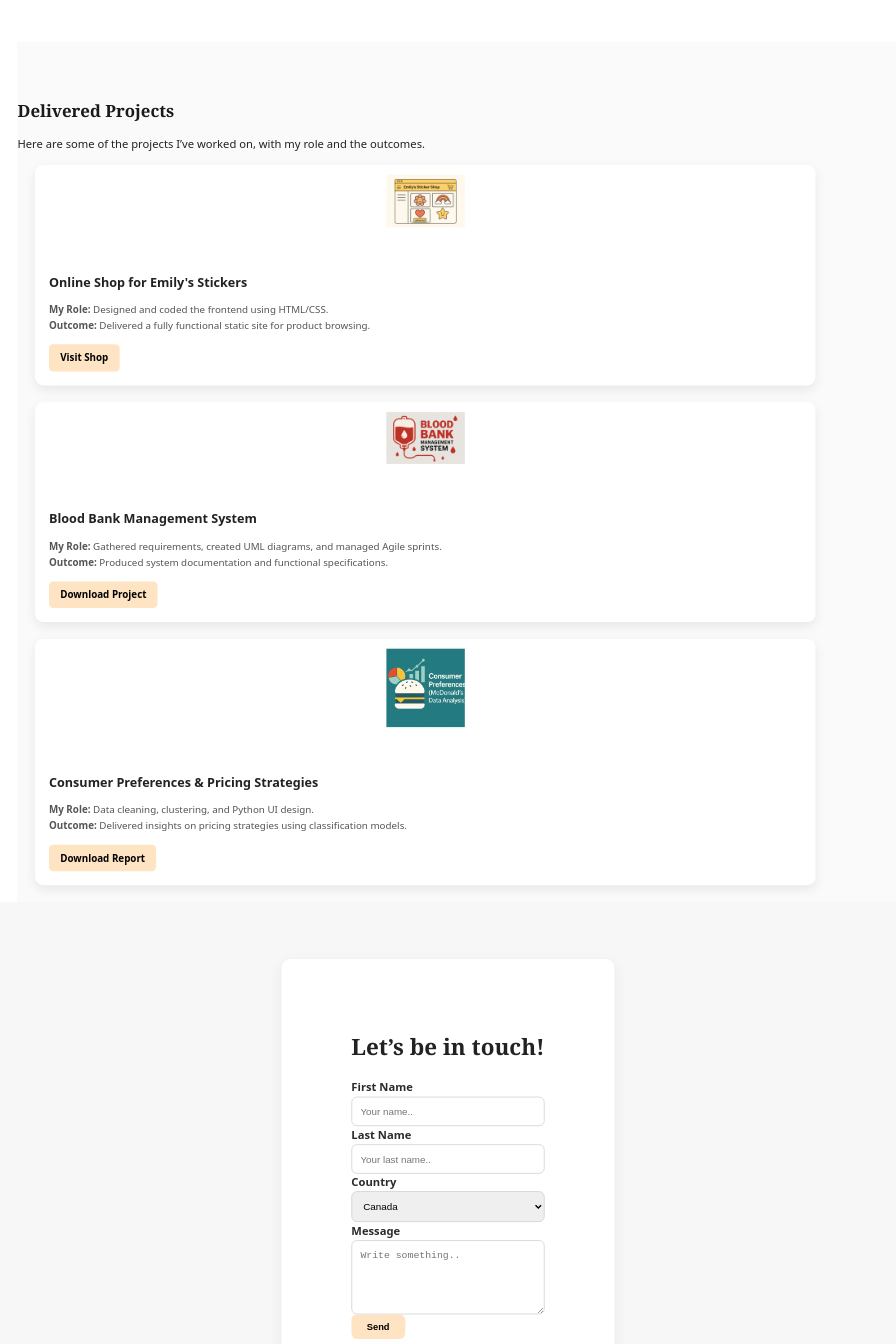
Repository: rozhinasaberi/MyPortfolio
Page: / (app in client/)
These files come from the project's save history. The page is drawn as it stood at one moment and after the next save; the edit follows.
The browser window is 1280 px wide. The pictures show the part of the page from y = 3214 to 5134 px (the page is 5308 px tall before and 5541 px after), at 70% of full size.
The project was rebuilt for these pictures with package versions that can differ from the ones it lists, and the page was loaded fresh each time.

Above is the page before, as saved 2025-09-17 06:07:14.

### client/index.html
<!doctype html>
<html lang="en">
  <head>
    <meta charset="UTF-8" />
    <link rel="icon" type="image/svg+xml" href="/vite.svg" />
    <meta name="viewport" content="width=device-width, initial-scale=1.0" />
    <title>Vite + React</title>
  </head>
  <body>
    <div id="root"></div>
    <script type="module" src="/src/main.jsx"></script>
    <script src="https://cdn.jsdelivr.net/npm/bootstrap@5.2.3/dist/js/bootstrap.bundle.min.js" crossorigin="anonymous"></script>

  </body>
</html>

### client/src/main.jsx
import React from "react";
import ReactDOM from "react-dom/client";
import App from "./App.jsx";
import "./midterm1.css"; // ✅ make sure CSS is loaded

ReactDOM.createRoot(document.getElementById("root")).render(
  <React.StrictMode>
    <App />
  </React.StrictMode>
);

### client/src/App.jsx
import React from "react";
import logo from "./assets/logo.png";
import photo from "./assets/photo.jpg";
import "./midterm1.css";
import shop from "./assets/shop.png";
import bloodbank from "./assets/bloodbank.png";
import price from "./assets/price.png";


export default function App() {
  return (
    <>
      {/* ===== Navbar ===== */}
      <header id="header" className="fixed-top">
        <nav className="navbar container">
          {/* Logo */}
          <a href="#home" className="navbar-brand d-flex align-items-center gap-2">
            <img src="src/assets/logo.png" alt="Rojina Logo" style={{ height: 40 }} />
            <span className="brand-text"></span>
          </a>

          <ul className="nav ms-auto">
            <li className="nav-item"><a className="nav-link" href="#home">Home</a></li>
            <li className="nav-item"><a className="nav-link" href="#about">About Me</a></li>
            <li className="nav-item"><a className="nav-link" href="#services">Services</a></li>
            <li className="nav-item"><a className="nav-link" href="#Project">Projects</a></li>
            <li className="nav-item"><a className="nav-link" href="#form">Contact</a></li>
          </ul>
        </nav>
      </header>

      {/* ===== Hero Section ===== */}
      <section id="home" className="home">
        <div className="container h-100">
          <div className="row h-100 hero-row">
            {/* Photo Left */}
            <div className="container">
    <h1>Welcome to My Portfolio</h1>
    <p className="lead">
      Hi, I’m <strong>Rojina Saberi</strong>. I want to contribute my abilities to a forward thinking firm that values innovation, cooperation, and growth.
    </p>
    <p className="mission"> My mission is to leverage technology to create impactful, efficient, and meaningful digital experiences.

    </p>
    <a href="#about" className="btn btn-visitpage">
      Learn More About Me
    </a>
  </div>
          </div>
        </div>
      </section>
      <section id="home" className="home-section text-center">

</section>

{/* ABOUT Section */}
<section id="about" className="aboutsection about-stack">
  <div className="container">
    <div className="about-stack-inner">
      {/* Photo TOP */}
      <img src="src/assets/photo.jpg" alt="Rojina" className="hero-photo" />

      {/* Name */}
      <h1 className="hero-title">Rojina Saberi</h1>

      {/* Short subtitle */}
      <p className="hero-subtitle">Software Developer and IT Analyst</p>

      {/* Socials */}
      <div className="list-social">
        <a href="#"><i className="bi bi-facebook"></i></a>
        <a href="#"><i className="bi bi-twitter"></i></a>
        <a href="https://www.linkedin.com/in/rojinasaberi/"><i className="bi bi-linkedin"></i></a>
      </div>
    </div>

    {/* About container below profile */}
    <div className="about-container">
      <h2>
      Detail-oriented and solution-driven IT expert with a solid background in technical support, system administration, and enterprise
technologies, as well as hands-on experience resolving user issues in fast-paced work environments. With a degree in information
technology from York University and hands-on expertise gained through a high-impact internship at Green Infrastructure
Partners, I provide a unique combination of academic knowledge and practical experience. I am an expert in Microsoft 365,
Active Directory, Intune, and network support, and I specialize at translating technical issues into clear, effective solutions for
customers. I am known for my flexibility, communication skills, and enthusiasm for continuous development, and I am dedicated
to improving operational efficiency and providing safe, efficient IT infrastructure.
      </h2>
      <p>
        Seeking opportunities to provide IT and administrative support for infrastructure,
        project management, or application teams.
      </p>
      <a href="src/assets/Rojina-Saberi.pdf (1).pdf" className="btn-visitpage">Resume</a>
    </div>
  </div>
</section>



      {/* ===== Skills Section ===== */}
      <section id="services" className="Servicesection">
        <div className="container text-center">
          <h4 className="h4-heading">Services</h4>
          <p className="p-heading">
            Skilled in Python, C, Java, JavaScript, HTML, CSS, and database management (MySQL).
            Experienced with VS Code, SQL Developer, Eclipse, and MDM tools.
          </p>

          <div className="row g-3">
            <div className="col-md-3"><div className="text-box"><h4>Technical Support & Helpdesk</h4><p>Friendly, fast resolution for laptops, apps, accounts, and onboarding.</p>
          <ul>
            <li>Ticket triage & remote assistance</li>
            <li>User onboarding & knowledge sharing</li>
          </ul></div></div>
            <div className="col-md-3"><div className="text-box"><h4>Systems & Administration</h4> <p>Keep org systems healthy and compliant across users and devices.</p>
          <ul>
            <li>Active Directory, M365, Intune</li>
            <li>Asset & mobile device management</li>
          </ul></div></div>
            <div className="col-md-3"><div className="text-box"><h4>Networking & Security</h4><p>Stable connectivity with strong identity, access, and endpoint protection.</p>
          <ul>
            <li>LAN/WAN, VLANs, VPN, Cisco switches</li>
            <li>MFA, DLP, endpoint protection</li>
          </ul></div></div>
            <div className="col-md-3"><div className="text-box"><h4>Data & Cloud </h4><p>Backups, BI, and cloud services to keep your data useful and safe.</p>
          <ul>
            <li>Azure/AWS/GCP basics, VMware</li>
            <li>Backups, security, and BI dashboards</li>
          </ul></div></div>
          <div className="col-md-3"><div className="text-box"><h4>Software Development</h4><p>From scripts to web apps with clean APIs and secure data access.</p>
          <ul>
            <li>Python, Java, JavaScript (React/Node)</li>
            <li>MySQL/Oracle/MongoDB, REST APIs</li>
          </ul></div></div>
          <div className="col-md-3"><div className="text-box"><h4>Networking & Security</h4><p>Stable connectivity with strong identity, access, and endpoint protection.</p>
          <ul>
            <li>LAN/WAN, VLANs, VPN, Cisco switches</li>
            <li>MFA, DLP, endpoint protection</li>
          </ul></div></div>
          <div className="col-md-3"><div className="text-box"><h4>Documentation & Process</h4><p>Clear docs and Agile habits so teams move quickly and consistently.</p>
          <ul>
            <li>Runbooks, SOPs, A/B fixes & retros</li>
            <li>JIRA, ServiceNow, Notion, MS Project</li>
          </ul></div></div>

          </div>
        </div>
      </section>

      {/* ===== Projects Section ===== */}
      <section id="projects" className="Projectsection">
  <div className="container">
    <h2 className="h2-heading">Delivered Projects</h2>
    <p className="p-heading">Here are some of the projects I’ve worked on, with my role and the outcomes.</p>

    <div className="row g-4">
      {/* Project 1 */}
      <div className="col-lg-4 col-md-6">
        <div className="card project-card">
          <img src={shop} className="card-img-top" alt="Sticker Shop" />
          <div className="card-body">
            <h5 className="card-title">Online Shop for Emily's Stickers</h5>
            <p className="card-text">
              <strong>My Role:</strong> Designed and coded the frontend using HTML/CSS.
              <br />
              <strong>Outcome:</strong> Delivered a fully functional static site for product browsing.
            </p>
            <a href="https://rozhinasaberi.github.io/ITEC3020a1/" className="btn btn-visitpage">Visit Shop</a>
          </div>
        </div>
      </div>

      {/* Project 2 */}
      <div className="col-lg-4 col-md-6">
        <div className="card project-card">
          <img src={bloodbank} className="card-img-top" alt="Blood Bank" />
          <div className="card-body">
            <h5 className="card-title">Blood Bank Management System</h5>
            <p className="card-text">
              <strong>My Role:</strong> Gathered requirements, created UML diagrams, and managed Agile sprints.
              <br />
              <strong>Outcome:</strong> Produced system documentation and functional specifications.
            </p>
            <a href="src/assets/Project_07_Full Plan_WomenInTech.docx.pdf" className="btn btn-visitpage">Download Project</a>
          </div>
        </div>
      </div>

      {/* Project 3 */}
      <div className="col-lg-4 col-md-6">
        <div className="card project-card">
          <img src={price} className="card-img-top" alt="McDonald's Data Analysis" />
          <div className="card-body">
            <h5 className="card-title">Consumer Preferences & Pricing Strategies</h5>
            <p className="card-text">
              <strong>My Role:</strong> Data cleaning, clustering, and Python UI design.
              <br />
              <strong>Outcome:</strong> Delivered insights on pricing strategies using classification models.
            </p>
            <a href="src/assets/ITEC 4230 Report.pdf" className="btn btn-visitpage">Download Report</a>
          </div>
        </div>
      </div>
    </div>
  </div>
</section>


      {/* ===== Contact Section ===== */}
      <section id="form">
        <div className="container">
          <h2 className="text-center mb-4">Let’s be in touch!</h2>
          <form onSubmit={(e) => e.preventDefault()} className="mx-auto" style={{ maxWidth: 720 }}>
            <div className="mb-3">
              <label htmlFor="fname" className="form-label">First Name</label>
              <input type="text" className="form-control" id="fname" placeholder="Your name.." />
            </div>
            <div className="mb-3">
              <label htmlFor="lname" className="form-label">Last Name</label>
              <input type="text" className="form-control" id="lname" placeholder="Your last name.." />
            </div>
            <div className="mb-3">
              <label htmlFor="country" className="form-label">Country</label>
              <select id="country" className="form-select" defaultValue="canada">
                <option value="canada">Canada</option>
                <option value="uk">UK</option>
                <option value="usa">USA</option>
              </select>
            </div>
            <div className="mb-3">
              <label htmlFor="subject" className="form-label">Message</label>
              <textarea id="subject" className="form-control" placeholder="Write something.." rows="5"></textarea>
            </div>
            <button type="submit" className="btn btn-visitpage">Send</button>
          </form>
        </div>
      </section>
    </>
  );
}

### client/src/midterm1.css
/* ===========================
   Global / Base
   =========================== */
   :root {
    --header-h: 70px;
    --accent: bisque;
    --text: #222;
    --muted: #555;
    --bg: #fff;
    --bg-soft: #f7f7f7;
    --bg-alt: #fafafa;
  }

  * { box-sizing: border-box; }
  html, body { height: 100%; }

  body {
    margin: 0;
    font-family: "Poppins", system-ui, -apple-system, Segoe UI, Roboto, Arial, sans-serif;
    color: var(--text);
    background: var(--bg);
    line-height: 1.6;
    padding-top: var(--header-h);   /* clears fixed header */
  }

  h1, h2, h3, h4 {
    font-family: "Playfair Display", Georgia, serif;
    color: #1a1a1a;
    margin: 0 0 .5rem 0;
  }

  /* Container max width harmony with Bootstrap */
  .container { max-width: 1140px; }

  /* ===========================
     Header / Navbar
     =========================== */
  #header {
    position: fixed;
    top: 0; left: 0; right: 0;
    height: var(--header-h);
    background: var(--accent);
    display: flex;
    align-items: center;
    z-index: 1000;
    box-shadow: 0 2px 8px rgba(0,0,0,.08);
  }

  .logo img { max-height: 40px; }

  .navbar ul {
    margin: 0; padding: 0;
    list-style: none;
    display: flex; align-items: center; gap: 18px;
  }

  .navbar a, .nav-link {
    text-decoration: none;
    font-size: 14px;
    font-weight: 600;
    color: #444 !important;
    transition: color .2s ease;
  }
  .navbar a:hover { color: #000 !important; }

  /* ===========================
     Hero (intro) — full height
     =========================== */
  .home {

    display: flex;
    min-height: 100vh;               /* fill viewport */
    align-items: center;
    justify-content: center;

  }
  .home-section {
    background: #fafafa;
    margin-top: -100px;
  }

  .home-section h1 {
    font-size: 36px;
    margin-bottom: 16px;
    color: #222;
  }

  .home-section .lead {
    font-size: 18px;
    color: #555;
    margin-bottom: 20px;
  }

  .home-section .mission {
    font-size: 16px;
    font-style: italic;
    color: #444;
    margin-bottom: 30px;
  }

  .home-section .btn-visitpage {
    background: bisque;
    border-radius: 8px;
    padding: 12px 24px;
    font-weight: bold;
  }

  .hero-photo {
    max-width: 220px;       /* nice medium size */
    width: 100%;
    height: auto;
    border-radius: 12px;
    margin: 0 auto 20px auto;   /* center photo + spacing below */
    display: block;
    object-fit: cover;
    box-shadow: 0 6px 16px rgba(0,0,0,.12);
  }


  .hero-title {
    font-size: clamp(28px, 4vw, 36px);
    font-weight: 700;
    color: #222;
    margin-bottom: 8px;
  }
  .hero-subtitle {
    font-size: 18px;
    color: #555;
    margin-bottom: 20px;
  }


  .list-social { display: flex; gap: 14px; }
  .list-social a {
    font-size: 20px;
    color: #333 !important;
    text-decoration: none;
  }
  .list-social a:hover { color: #000 !important; }




  /* ===========================
     About — full height card
     =========================== */
  .aboutsection {
    background: var(--bg-soft);
    min-height: 100vh;               /* fill viewport */
    display: flex;
    align-items: center;
    justify-content: center;
    padding: 60px 0;
    margin-top: -140px;
  }

  .about-container {
    align-items: center;
    justify-content: center;

    background: #fff;
    border-radius: 12px;
    border: 1px solid #eee;
    box-shadow: 0 10px 24px rgba(0,0,0,.06);
    padding: 40px 32px;
    text-align: left;
  }

  .about-container h2 {
    font-size: clamp(18px, 2.5vw, 22px);  /* smaller heading */
    color: #222;
    margin-bottom: 12px;
    line-height: 1.4;
  }
  .about-container p {
    margin: 0 0 18px 0;
    color: var(--muted);
    line-height: 1.7;
  }



  /* Button */
  .btn-visitpage {
    display: inline-block;
    background: var(--accent);
    border: none;
    color: #000;
    font-weight: 600;
    padding: 10px 22px;
    border-radius: 8px;
    text-decoration: none;
    transition: background .2s ease, transform .05s ease;
  }
  .btn-visitpage:hover { background: #e6cfa9; }
  .btn-visitpage:active { transform: scale(.98); }

  /* ===========================
     Skills / Services section
     =========================== */
  .Servicesection {

    background: #fff;
    padding: 80px 0;
    min-height: 100vh;               /* fill viewport */
    display: flex;
    align-items: center;
    justify-content: center;
    margin-top: -80px;

  }
  .Servicesection .h4-heading {
    text-align: center;
    margin-bottom: 8px;
  }
  .Servicesection .p-heading {
    text-align: center;
    margin-bottom: 28px;
    color: var(--muted);
  }
  .text-box {
    padding: 24px 16px;
    border: 2px solid beige;
    border-radius: 10px;
    background: #fff;
    text-align: center;
    height: 100%;
  }

  /* ===========================
     Projects
     =========================== */
/* ===========================
   Projects Section
   =========================== */
   .Projectsection {
    padding: 80px 0;
    background: #fafafa;
    margin-left: 25px;
  }

  .Projectsection .row {
    margin: 0 -12px;         /* balance spacing */
  }

  .Projectsection .col-lg-4,
  .Projectsection .col-md-6 {
    padding: 0 12px;         /* horizontal gap between cards */
    margin-bottom: 24px;     /* vertical spacing */
    margin-left: 25px;
  }

  .project-card {
    border: none;
    border-radius: 12px;
    overflow: hidden;
    background: #fff;
    box-shadow: 0 6px 16px rgba(0,0,0,.08);
    transition: transform .2s ease, box-shadow .2s ease;
  }

  .project-card:hover {
    transform: translateY(-5px);
    box-shadow: 0 10px 22px rgba(0,0,0,.12);
  }

  /* Override Bootstrap's width:100% on card-img-top */
.Projectsection .card-img-top,
#Project .card-img-top {
  max-width: 120px !important;
  max-height: 120px !important;
  width: auto !important;
  height: auto !important;
  object-fit: contain;
  display: block;
  margin: 10px auto;
  padding: 4px;
  background: #fff;
}



  .project-card .card-body {
    padding: 20px;
    text-align: left;
  }

  .project-card .card-title {
    font-size: 18px;
    font-weight: 600;
    margin-bottom: 10px;
  }

  .project-card .card-text {
    font-size: 14px;
    color: #555;
    margin-bottom: 16px;
  }

  .project-card .btn-visitpage {
    background: bisque;
    border: none;
    padding: 8px 16px;
    font-size: 14px;
    border-radius: 6px;
    font-weight: 600;
    transition: background .2s ease;
  }

  .project-card .btn-visitpage:hover {
    background: #e6cfa9;
  }


  /* ===========================
     Contact / Form
     =========================== */
 /* ===========================
   Contact / Form
   =========================== */
#form {
    background: #f7f7f7;        /* light grey to separate section */
    padding: 80px 0;
    min-height: 100vh;               /* fill viewport */
    display: flex;
    align-items: center;
    justify-content: center;
    margin-top: -80px;

  }

  #form .container {
    max-width: 900px;
    background: #fff;
    border-radius: 14px;
    border: 1px solid #eee;
    box-shadow: 0 8px 20px rgba(0,0,0,.06);
    padding:  100px;
  }
  #form .row {
    display: flex;
    flex-direction: column;   /* stack items vertically */
    gap: 16px;                /* spacing between boxes */
  }

  #form .item-form,
  #form .subject-form {
    width: 100%;
    margin: 0;                /* remove left/right float spacing */
  }

  #form input[type="text"],
  #form select,
  #form textarea {
    width: 100%;              /* make every box full-width */
    display: block;
  }
  #form h2 {
    font-family: "Playfair Display", Georgia, serif;
    font-size: clamp(22px, 3vw, 32px);
    text-align: center;
    margin-bottom: 20px;
    color: #222;
  }

  #form p {
    text-align: center;
    color: #666;
    margin-bottom: 30px;
  }

  #form .form-label {
    font-weight: 600;
    margin-bottom: 6px;
    color: #2b2b2b;
  }

  #form .form-control,
  #form .form-select,
  #form textarea {
    border: 1px solid #ccc;
    border-radius: 8px;
    padding: 12px;
    font-size: 14px;
    transition: border-color .2s ease, box-shadow .2s ease;
  }

  #form .form-control:focus,
  #form .form-select:focus,
  #form .form-select:focus {
    outline: none;
    border-color: #c9a873;
    box-shadow: 0 0 0 4px rgba(201,168,115,.15);
  }

  #form .contact-actions {
    margin-top: 20px;
    text-align: right;
  }

  #form .btn-visitpage {
    background: bisque;
    color: #000;
    font-weight: 600;
    border-radius: 8px;
    padding: 10px 22px;
    transition: background .2s ease, transform .05s ease;
  }

  #form .btn-visitpage:hover {
    background: #e6cfa9;
  }
  #form .btn-visitpage:active {
    transform: scale(.98);
  }

After the next save:
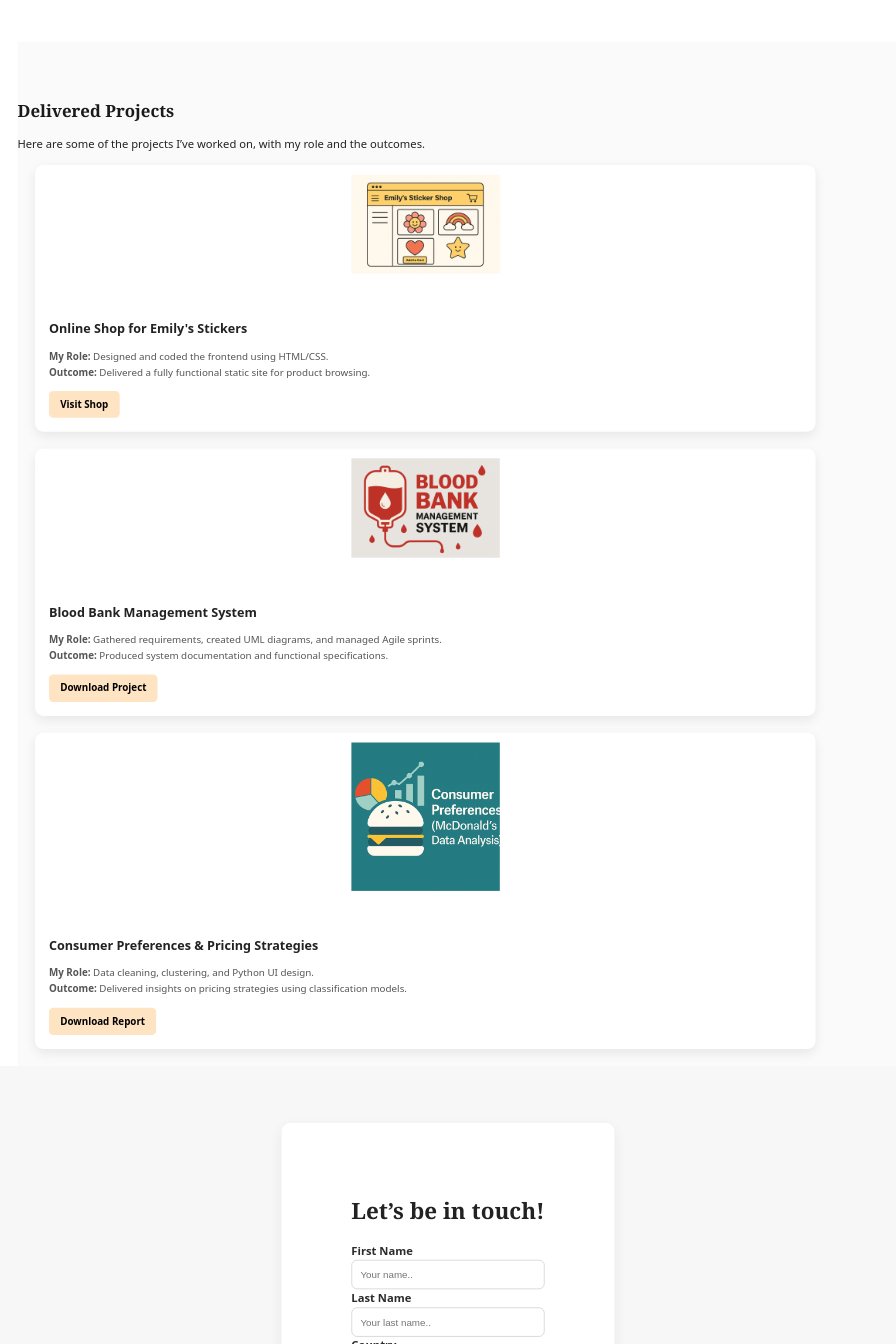
Saved 17 s later.
--- a/client/src/midterm1.css
+++ b/client/src/midterm1.css
@@ -267,8 +267,8 @@
   /* Override Bootstrap's width:100% on card-img-top */
 .Projectsection .card-img-top,
 #Project .card-img-top {
-  max-width: 120px !important;
-  max-height: 120px !important;
+  max-width: 220px !important;
+  max-height: 220px !important;
   width: auto !important;
   height: auto !important;
   object-fit: contain;
